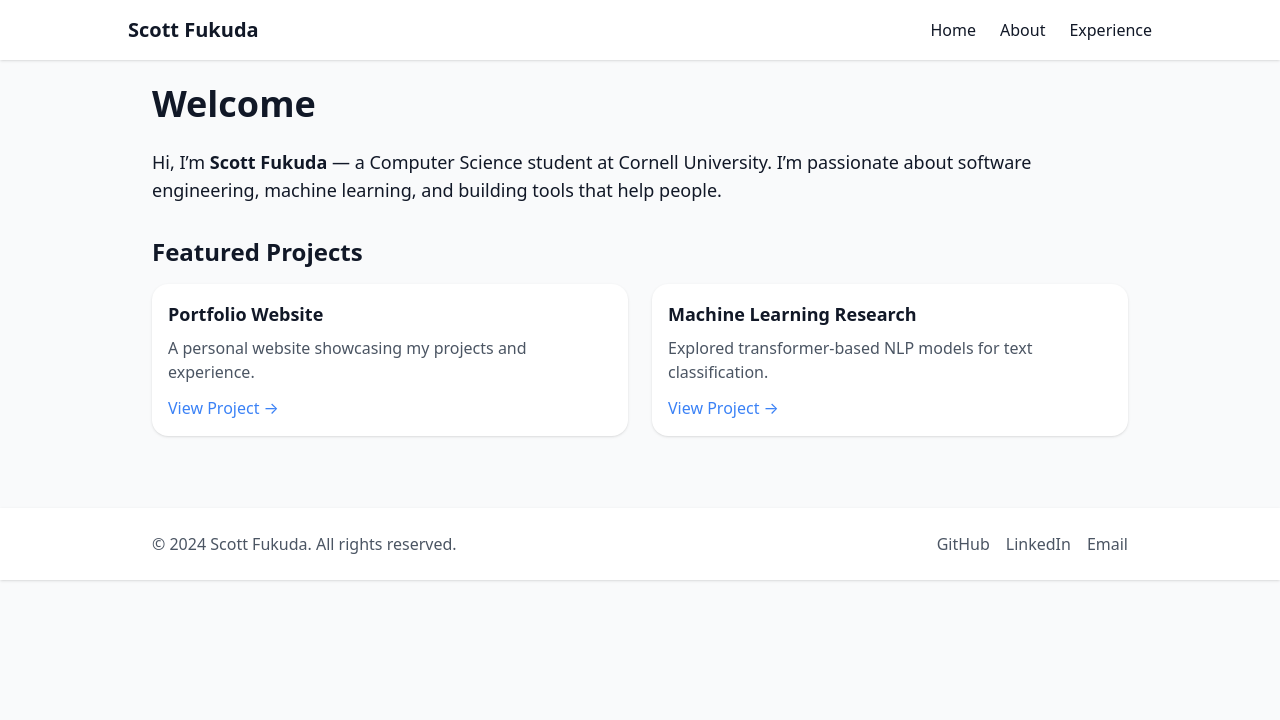
Repository: Scott-Fukuda/personalWebsite
Page: /
The author's editor kept a copy of each file at every save. The page is drawn from the files as they stood at one save, then again after the next save.
The browser window is 1280 px wide. The pictures show the whole page.
The project was rebuilt for these pictures with package versions that can differ from the ones it lists, and the page was loaded fresh each time. Also part of the build but not shown: vite.config.js, src/pages/About.jsx, src/pages/Experience.jsx.

Above is the page before, as saved 2025-08-27 17:14:48.

### index.html
<!doctype html>
<html lang="en">
  <head>
    <meta charset="UTF-8" />
    <link rel="icon" type="image/svg+xml" href="/vite.svg" />
    <meta name="viewport" content="width=device-width, initial-scale=1.0" />
    <title>Scott Fukuda - Personal Website</title>
  </head>
  <body>
    <div id="root"></div>
    <script type="module" src="/src/main.jsx"></script>
  </body>
</html>

### src/App.jsx
import { BrowserRouter as Router, Routes, Route } from "react-router-dom";
import Navbar from "./components/Navbar";
import Footer from "./components/Footer";
import Home from "./pages/Home";
import About from "./pages/About";
import Experience from "./pages/Experience";

export default function App() {
  return (
    <Router>
      <div className="min-h-screen bg-gray-50 dark:bg-gray-900 text-gray-900 dark:text-gray-100">
        <Navbar />
        <Routes>
          <Route path="/" element={<Home />} />
          <Route path="/about" element={<About />} />
          <Route path="/experience" element={<Experience />} />
        </Routes>
        <Footer />
      </div>
    </Router>
  );
}

### src/index.css
@tailwind base;
@tailwind components;
@tailwind utilities;

/* Basic reset and global styles */
* {
  margin: 0;
  padding: 0;
  box-sizing: border-box;
}

body {
  font-family: system-ui, -apple-system, BlinkMacSystemFont, 'Segoe UI', Roboto, sans-serif;
  -webkit-font-smoothing: antialiased;
  -moz-osx-font-smoothing: grayscale;
}

### src/components/Navbar.jsx
import { Link } from "react-router-dom";

export default function Navbar() {
  return (
    <nav className="bg-white dark:bg-gray-800 shadow p-4 sticky top-0 z-50">
      <div className="max-w-5xl mx-auto flex justify-between items-center">
        <h1 className="text-xl font-bold">Scott Fukuda</h1>
        <div className="flex gap-6">
          <Link to="/" className="hover:text-blue-500">Home</Link>
          <Link to="/about" className="hover:text-blue-500">About</Link>
          <Link to="/experience" className="hover:text-blue-500">Experience</Link>
        </div>
      </div>
    </nav>
  );
}

### src/components/Footer.jsx
export default function Footer() {
  return (
    <footer className="bg-white dark:bg-gray-800 shadow mt-12">
      <div className="max-w-5xl mx-auto p-6">
        <div className="flex flex-col md:flex-row justify-between items-center">
          <div className="text-gray-600 dark:text-gray-300">
            © 2024 Scott Fukuda. All rights reserved.
          </div>
          <div className="flex gap-4 mt-4 md:mt-0">
            <a
              href="https://github.com/Scott-Fukuda"
              target="_blank"
              rel="noopener noreferrer"
              className="text-gray-600 dark:text-gray-300 hover:text-blue-500"
            >
              GitHub
            </a>
            <a
              href="https://linkedin.com/in/scott-fukuda-3923172ab/"
              target="_blank"
              rel="noopener noreferrer"
              className="text-gray-600 dark:text-gray-300 hover:text-blue-500"
            >
              LinkedIn
            </a>
            <a
              href="mailto:your.email@example.com"
              className="text-gray-600 dark:text-gray-300 hover:text-blue-500"
            >
              Email
            </a>
          </div>
        </div>
      </div>
    </footer>
  );
}

### src/pages/Home.jsx
import ProjectCard from "../components/ProjectCard";
import { projects } from "../data/projects";

export default function Home() {
  return (
    <div className="max-w-5xl mx-auto p-6">
      <h1 className="text-4xl font-bold mb-6">Welcome</h1>
      <p className="text-lg mb-8">
        Hi, I’m <span className="font-semibold">Scott Fukuda</span> — a Computer Science student at Cornell University.
        I’m passionate about software engineering, machine learning, and building tools that help people.
      </p>

      <h2 className="text-2xl font-semibold mb-4">Featured Projects</h2>
      <div className="grid md:grid-cols-2 gap-6">
        {projects.map((p, i) => (
          <ProjectCard key={i} {...p} />
        ))}
      </div>
    </div>
  );
}

### src/components/ProjectCard.jsx
export default function ProjectCard({ title, description, link }) {
  return (
    <div className="p-4 rounded-2xl shadow bg-white dark:bg-gray-800 hover:scale-105 transition">
      <h3 className="text-lg font-semibold">{title}</h3>
      <p className="text-gray-600 dark:text-gray-300 mt-2">{description}</p>
      {link && (
        <a
          href={link}
          target="_blank"
          rel="noopener noreferrer"
          className="inline-block mt-3 text-blue-500 hover:underline"
        >
          View Project →
        </a>
      )}
    </div>
  );
}

### src/data/projects.jsx
export const projects = [
  {
    title: "Portfolio Website",
    description: "A personal website showcasing my projects and experience.",
    link: "https://github.com/Scott-Fukuda/portfolio",
  },
  {
    title: "Machine Learning Research",
    description: "Explored transformer-based NLP models for text classification.",
    link: "#",
  },
];

### src/data/experiences.js
export const experiences = [
  {
    role: "Co-Founder & Full Stack Developer",
    company: "CampusCares",
    duration: "July 2025 - Present",
    description: [
      "Designed and developed a web application for students to connect with local service opportunities.",
      "Built a RESTful API to handle user authentication, data storage, and API requests.",
      "Implemented a SQLAlchemy database to store user information and service opportunities.",
      "Developed a frontend using React and Tailwind CSS to create a user-friendly interface.",
    ],
  },
  {
    role: "CUAir Imaging Subteam",
    company: "Cornell Unmanned Aerial Vehicle Team",
    duration: "Feb 2025 – Present",
    description: [
      "Designing livestreaming system for CUAir's flight operations.",
    ],
  },
];

Loaded but not shown: src/main.jsx (common file); tailwind.config.js (common file)

After the next save:
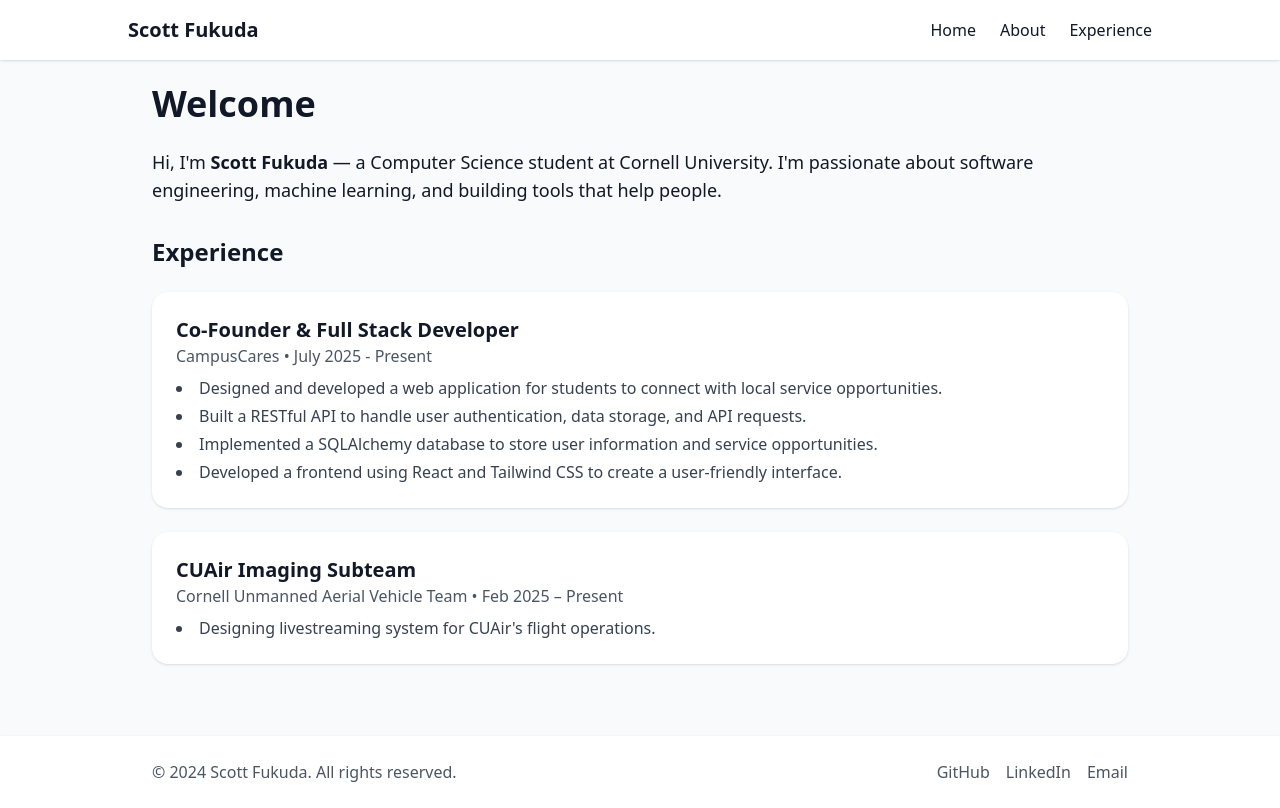
Saved 2 min 33 s later.
--- a/src/pages/Home.jsx
+++ b/src/pages/Home.jsx
@@ -1,19 +1,26 @@
-import ProjectCard from "../components/ProjectCard";
-import { projects } from "../data/projects";
+import { experiences } from "../data/experiences";
 
 export default function Home() {
   return (
     <div className="max-w-5xl mx-auto p-6">
       <h1 className="text-4xl font-bold mb-6">Welcome</h1>
       <p className="text-lg mb-8">
-        Hi, I’m <span className="font-semibold">Scott Fukuda</span> — a Computer Science student at Cornell University.
-        I’m passionate about software engineering, machine learning, and building tools that help people.
+        Hi, I'm <span className="font-semibold">Scott Fukuda</span> — a Computer Science student at Cornell University.
+        I'm passionate about software engineering, machine learning, and building tools that help people.
       </p>
 
-      <h2 className="text-2xl font-semibold mb-4">Featured Projects</h2>
-      <div className="grid md:grid-cols-2 gap-6">
-        {projects.map((p, i) => (
-          <ProjectCard key={i} {...p} />
+      <h2 className="text-2xl font-semibold mb-6">Experience</h2>
+      <div className="space-y-6">
+        {experiences.map((exp, i) => (
+          <div key={i} className="p-6 rounded-2xl shadow bg-white dark:bg-gray-800 hover:shadow-lg transition-shadow">
+            <h3 className="text-xl font-semibold text-gray-900 dark:text-white">{exp.role}</h3>
+            <p className="text-gray-600 dark:text-gray-300 mb-2">{exp.company} • {exp.duration}</p>
+            <ul className="list-disc list-inside space-y-1 text-gray-700 dark:text-gray-300">
+              {exp.description.map((line, j) => (
+                <li key={j}>{line}</li>
+              ))}
+            </ul>
+          </div>
         ))}
       </div>
     </div>
